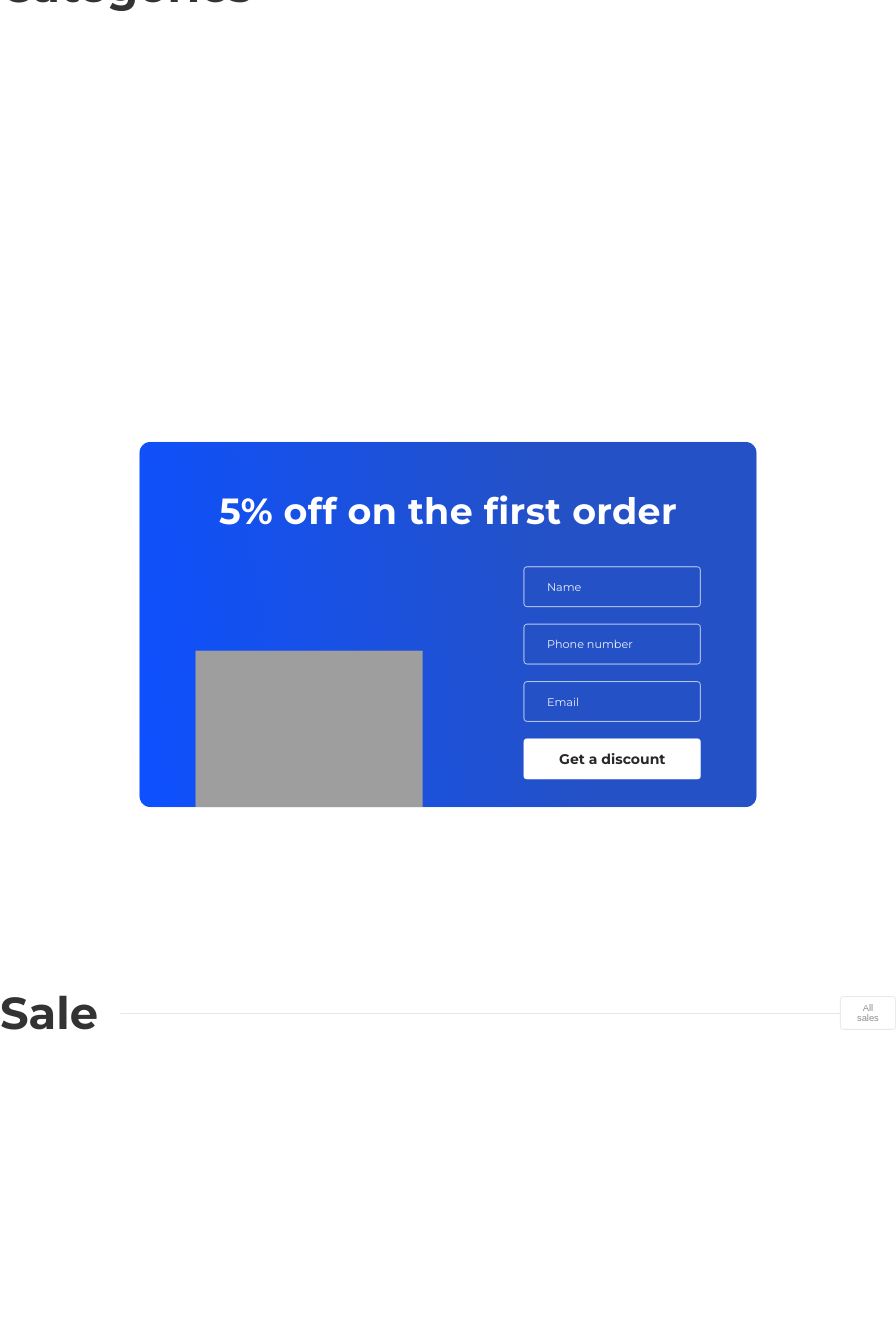
Repository: jursylian/PET-INTERNET-SHOP-PROJECT
Page: /
These files come from the project's save history. The page is drawn as it stood at one moment and after the next save; the edit follows.
The browser window is 1280 px wide. The pictures show the part of the page from y = 903 to 2823 px (the page is 3846 px tall), at 70% of full size.
Pictures or frames that could not be fetched are drawn as grey boxes. The page's requests for data from a server got no answer. The project was rebuilt for these pictures with package versions that can differ from the ones it lists, and the page was loaded fresh each time. No one was signed in, and anything a server would have sent is missing. Also part of the build but not shown: vite.config.js, src/pages/CategoriesAll/CategoriesAll.module.css, src/layouts/PageSection/PageSection.module.css, src/layouts/PageSection/PageSection.jsx, src/pages/CategoriesAll/CategoriesAll.jsx, src/redux/productsSelectors.js, src/components/ProductFilter/ProductFilter.module.css, src/components/ProductFilter/ProductFilter.jsx and 22 more.

Above is the page before, as saved 2025-11-06 18:11:28.

### index.html
<!DOCTYPE html>
<html lang="en">
  <head>
    <meta charset="UTF-8" />
    <link rel="icon" type="image/svg+xml" href="/vite.svg" />
    <link
      href="https://fonts.googleapis.com/css2?family=Montserrat:wght@400;500;700&display=swap"
      rel="stylesheet"
    />

    <meta name="viewport" content="width=device-width, initial-scale=1.0" />
    <title>pet-internet-shop-project</title>
  </head>
  <body>
    <div id="root"></div>
    <script type="module" src="/src/main.jsx"></script>
  </body>
</html>

### src/main.jsx
import React from "react";
import ReactDOM from "react-dom/client";
import App from "./App";
import { Provider } from "react-redux";
import store from "./redux/store";
import { BrowserRouter } from "react-router-dom";
import "./index.css";

ReactDOM.createRoot(document.getElementById("root")).render(
  <BrowserRouter>
    <Provider store={store}>
      <App />
    </Provider>
  </BrowserRouter>
);

### src/App.jsx
import "./App.css";
import AppRouter from "./router/AppRouter";

function App() {
  return (
    <>
      <AppRouter />
    </>
  );
}

export default App;

### src/index.css
* {
  margin: 0;
  padding: 0;
  box-sizing: border-box;
}

body {
  font-family: "Montserrat";
  font-size: 16px;
  line-height: 1.5;
  color: #333;
}

.text-decoration-none {
  text-decoration: none;
}

### src/router/AppRouter.jsx
import { Routes, Route } from "react-router-dom";
import MainLayout from "../layouts/MainLayout/MainLayout";

import Home from "../pages/Home/Home";
import CategoriesAll from "../pages/CategoriesAll/CategoriesAll";
import AllProducts from "../pages/AllProducts/AllProducts";
import ProductDescription from "../pages/ProductDescription/ProductDescription";
import Cart from "../pages/Cart/Cart";
import NotFound from "../pages/NotFound/NotFound";
import AllSales from "../pages/AllSales/AllSales";
import CategoryPage from "../pages/CategoryPage/CategoryPage";

function AppRouter() {
  return (
    <Routes>
      <Route element={<MainLayout />}>
        <Route path="/" element={<Home />} />
        <Route path="/categories" element={<CategoriesAll />} />
        <Route path="/categories/:categoryId" element={<CategoryPage />} />
        <Route path="/discounts" element={<AllSales />} />
        <Route path="/products" element={<AllProducts />} />
        <Route path="/product/:productId" element={<ProductDescription />} />
        <Route path="/cart" element={<Cart />} />
        <Route path="*" element={<NotFound />} />
      </Route>
    </Routes>
  );
}

export default AppRouter;

### src/layouts/MainLayout/MainLayout.jsx
import { Outlet } from "react-router-dom";
import Header from "../Header/Header";
import Footer from "../Footer/Footer";

export default function MainLayout() {
  return (
    <>
      <Header />
      <main className="container mx-auto p-4 min-h-[80vh]">
        <Outlet />
      </main>
      <Footer />
    </>
  );
}

### src/pages/Home/Home.jsx
import Categories from "../../components/Categories/Categories";
import PromoBanner from "../../components/PromoBanner/PromoBanner";
import DiscountForm from "../../components/DiscountForm/DiscountForm";
import Sales from "../../components/Sales/Sales";
import styles from "./Home.module.css";

function Home() {
  return (
    <main className={styles.wrapper}>
      <PromoBanner />
      <Categories />
      <DiscountForm />
      <Sales />
    </main>
  );
}

export default Home;

### src/layouts/Header/Header.jsx
import { Link, NavLink, useLocation } from "react-router-dom";
import { useSelector } from "react-redux";
import styles from "./Header.module.css";
import logo from "../../assets/logo.svg";
import cartIcon from "../../assets/cart-icon.svg";

function Header() {
  const items = useSelector((state) => state.cart.items);
  const totalQuantity = items.reduce((sum, item) => sum + item.quantity, 0);
  const location = useLocation();

  const currentPath = location.pathname;

  return (
    <header
      className={`${styles.header} ${
        currentPath !== "/" ? styles.withDivider : ""
      }`}
    >
      <div className={styles.left}>
        <Link to="/" className={styles.logo}>
          <img src={logo} alt="Логотип" />
        </Link>
      </div>

      <nav className={styles.nav}>
        {currentPath === "/" ? (
          <span className={styles.inactive}>Main Page</span>
        ) : (
          <NavLink to="/" end>
            Main Page
          </NavLink>
        )}

        {currentPath === "/categories" ? (
          <span className={styles.inactive}>Categories</span>
        ) : (
          <NavLink to="/categories">Categories</NavLink>
        )}

        {currentPath === "/products" ? (
          <span className={styles.inactive}>All Products</span>
        ) : (
          <NavLink to="/products">All Products</NavLink>
        )}

        {currentPath === "/discounts" ? (
          <span className={styles.inactive}>All Sales</span>
        ) : (
          <NavLink to="/discounts">All Sales</NavLink>
        )}
      </nav>

      <div className={styles.right}>
        <Link to="/cart" className={styles.cart}>
          <img src={cartIcon} alt="Корзина" />
          {totalQuantity > 0 && (
            <span className={styles.count}>{totalQuantity}</span>
          )}
        </Link>
      </div>
    </header>
  );
}

export default Header;

### src/layouts/Footer/Footer.jsx
import styles from "./Footer.module.css";
import chatIcon from "../../assets/ic-instagram.svg";
import phoneIcon from "../../assets/ic-whatsapp.svg";

export default function Footer() {
  return (
    <footer className={styles.footer}>
      <h3 className={styles.contact}>Contact</h3>
      <div className={styles.info}>
        <div className={styles.container}>
          <div className={styles.card}>
            <p className={styles.text}>Phone</p>
            <p className={styles.textInfo}>+49 30 915-88492</p>
          </div>
          <div className={styles.icons}>
            <p className={styles.text}>Socials</p>
            <div className={styles.socialsMedien}>
              <img src={chatIcon} alt="Chat" />
              <img src={phoneIcon} alt="Phone" />
            </div>
          </div>
        </div>

        <div className={styles.container}>
          <div className={styles.card}>
            <p className={styles.text}>Address</p>
            <p className={styles.textInfo}>
              Wallstraẞe 9-13, 10179 Berlin, Deutschland
            </p>
          </div>
          <div className={styles.icons}>
            <p className={styles.text}>Working Hours</p>
            <p className={styles.textInfo}>24 hours a day</p>
          </div>
        </div>
      </div>
      <div className={styles.map}>
        <iframe
          className={styles.iframe}
          src="https://www.google.com/maps/embed?pb=!1m18!1m12!1m3!1d3642.428115488763!2d13.40018838277564!3d52.5113162995337!2m3!1f0!2f0!3f0!3m2!1i1024!2i768!4f13.1!3m3!1m2!1s0x47a84e27db4748a5%3A0x1d538c01013c2c7!2sWallstra%C3%9Fe%209-13%2C%2010179%20Berlin!5e0!3m2!1suk!2sde!4v1760550313224!5m2!1suk!2sde"
          width="600"
          height="450"
          style={{ border: 0 }}
          allowFullScreen=""
          loading="lazy"
          referrerPolicy="no-referrer-when-downgrade"
        ></iframe>
      </div>
    </footer>
  );
}

### src/components/Categories/Categories.jsx
import { useNavigate } from "react-router-dom";
import { useEffect, useState } from "react";
import axios from "axios";
import styles from "./Categories.module.css";

const Categories = () => {
  const navigate = useNavigate();
  const [categories, setCategories] = useState([]);

  useEffect(() => {
    const fetchCategories = async () => {
      try {
        const res = await axios.get("http://localhost:3333/categories/all");
        setCategories(res.data.slice(0, 4));
      } catch (err) {
        console.error("Ошибка загрузки категорий:", err);
      }
    };

    fetchCategories();
  }, []);

  return (
    <section className={styles.categories}>
      <div className={styles.header}>
        <h2 className={styles.title}>Categories</h2>
        <div className={styles.line}></div>
        <button
          onClick={() => navigate("/categories")}
          className={styles.showAllBtn}
        >
          All categories
        </button>
      </div>

      <div className={styles.cards}>
        {categories.map(({ id, title, image }) => (
          <div
            key={id}
            className={styles.card}
            onClick={() => navigate(`/categories/${id}`)}
          >
            <img
              src={`http://localhost:3333${image}`}
              alt={title}
              className={styles.image}
            />
            <p className={styles.label}>{title}</p>
          </div>
        ))}
      </div>
    </section>
  );
};

export default Categories;

### src/components/PromoBanner/PromoBanner.jsx
import { Link } from "react-router-dom";
import styles from "./PromoBanner.module.css";
import bannerImage from "../../assets/background.png";

function PromoBanner() {
  return (
    <section className={styles.hero}>
      <img src={bannerImage} alt="Баннер" className={styles.image} />

      <div className={styles.content}>
        <h1>
          Amazing Discounts <br />
          on Pets Products!
        </h1>

        <Link to="/discounts" className={styles.button}>
          Check out
        </Link>
      </div>
    </section>
  );
}

export default PromoBanner;

### src/pages/Home/Home.module.css
/* Home.module.css */
.wrapper {
  display: flex;
  flex-direction: column;
  gap: 80px;
  padding: 40px 0;
}

.section {
  display: flex;
  flex-direction: column;
  gap: 24px;
}

.title {
  font-size: 28px;
  font-weight: 600;
}

.grid {
  display: grid;
  grid-template-columns: repeat(auto-fill, minmax(220px, 1fr));
  gap: 24px;
}

.message {
  font-size: 16px;
  color: #555;
}

### src/layouts/Header/Header.module.css
.header {
  display: flex;
  align-items: center;
  justify-content: space-between;
  padding: 40px 80px;
  height: 128px;
  width: 100%;
  position: relative;
  background-color: #fff;
  z-index: 10;
}

.withDivider {
  border-bottom: 1px solid #e5e5e5;
}

.left,
.right {
  flex: 1;
  display: flex;
  align-items: center;
}

.left {
  justify-content: flex-start;
}

.right {
  justify-content: flex-end;
}

.logo img {
  height: 70px;
  display: block;
  transition: transform 0.3s ease;
}

.logo img:hover {
  transform: scale(1.2);
}

.nav {
  flex: 2;
  display: flex;
  justify-content: center;
  align-items: center;
  gap: 44px;
}

.nav a {
  text-decoration: none;
  color: #282828;
  font-weight: 500;
  font-size: 20px;
  transition: color 0.2s ease;
}

.nav a:hover {
  color: #007bff;
}

.active {
  color: #007bff;
  font-weight: 600;
}

.inactive {
  color: #8b8b8b;
  font-weight: 500;
  font-size: 20px;
  cursor: default;
  text-decoration: none;
  pointer-events: none;
}

.inactive:hover {
  color: #8b8b8b;
}

.cart {
  position: relative;
  display: flex;
  align-items: center;
}

.cart img {
  height: 44px;
}

.count {
  position: absolute;
  top: 0;
  left: -6px;
  background-color: #007bff;
  color: white;
  border-radius: 50%;
  font-size: 12px;
  font-weight: bold;
  width: 22px;
  height: 22px;
  display: flex;
  align-items: center;
  justify-content: center;
}

### src/layouts/Footer/Footer.module.css
.footer {
  width: 100%;
  max-width: 1360px;
  margin: 0 auto;
  padding-bottom: 10px;
}

.contact {
  font-size: 64px;
  margin-bottom: 40px;
}
.card {
  height: auto;
  background-color: #f1f3f4;
  display: flex;
}

.card p,
.icons p {
  margin: 0.5rem 0;
}
.icons {
  width: 100%;
  max-width: 100%;

  height: auto;
  background-color: #f1f3f4;
}
.card,
.icons {
  background-color: #f1f3f4;
  padding: 1rem;
  border-radius: 8px;
  box-shadow: 0 2px 6px rgba(0, 0, 0, 0.05);
  display: flex;
  flex-direction: column;
  justify-content: center;
  gap: 0.5rem;
  transition: transform 0.3s ease, box-shadow 0.3s ease;

  flex: 1;
  min-height: 150px;
  height: 100%;
}
.card:hover,
.icons:hover {
  transform: translateY(-8px) scale(1.02);
  box-shadow: 0 8px 20px rgba(0, 0, 0, 0.1);
}

.container {
  display: grid;
  grid-template-columns: 2fr 1fr;
  gap: 32px;
  margin-bottom: 32px;
}
.icons img {
  width: 32px;
  height: 32px;
  object-fit: contain;
  transition: transform 0.3s ease;
  margin-right: 8px;
}
.text {
  font-family: Montserrat;
  font-weight: 500;
  font-style: Medium;
  font-size: 20px;
  color: #8b8b8b;
}
.textInfo {
  font-family: Montserrat;
  font-weight: 600;
  font-style: SemiBold;
  font-size: 40px;

  letter-spacing: 0%;
}
.socialsMedien {
  display: flex;
  flex-direction: row;
  gap: 16px;
}
.iframe {
  width: 100%;
  max-width: 100%;
  height: 350px;
  border-radius: 8px;
  display: block;
}
@media (max-width: 1024px) {
  .container {
    display: flex;
    flex-direction: column;
    gap: 32px;
  }
  .contact {
    font-size: 44px;
    text-align: center;
  }
  .card,
  .icons {
    width: 100%;
    min-height: 300px;
    height: auto;
  }

  .footer {
    margin-left: 1rem;
    margin-right: 1rem;
  }
  .iframe {
    height: 300px;
  }
}

@media (max-width: 600px) {
  .container {
    display: flex;
    flex-direction: column;
    gap: 32px;
  }
  .contact {
    font-size: 34px;
    margin-bottom: 10px;
    text-align: center;
  }

  .textInfo {
    font-size: 24px;
    text-align: calc();
  }

  .text {
    font-size: 16px;
    text-align: center;
  }
  .socialsMadien {
    justify-content: center;
    flex-wrap: wrap;
  }
  .icons img {
    width: 28px;
    height: 28px;
  }
  .iframe {
    height: 250px;
  }
  .card,
  .icons {
    flex-direction: column;
    align-items: center;
    width: 100%;
  }
}

### src/components/Categories/Categories.module.css
.categories {
  height: auto;
  min-height: 560px;
  border-radius: 10px;
  width: 100%;
  max-width: 1360px;
  margin: 0 auto;
  padding-bottom: 10px;
  margin-top: 106px;
}

.header {
  display: flex;
  align-items: center;
  margin-bottom: 40px;
  gap: 0; /* чтобы элементы были вплотную */
}

.title {
  font-family: Montserrat;
  font-weight: 700;
  font-size: 64px;
  margin-right: 32px;
  white-space: nowrap;
}

.line {
  flex: 1;
  height: 1px;
  background-color: #dddddd;
  margin-right: -1px; /* чтобы линия прямо “врезалась” в кнопку */
}

.showAllBtn {
  border: 1px solid #dddddd;
  border-radius: 5px;
  background-color: white;
  padding: 8px 16px;
  color: #8b8b8b;
  cursor: pointer;
  transition: all 0.3s ease;
  margin-left: 0; /* убираем отступ между линией и кнопкой */
}

.showAllBtn:hover {
  background-color: #7e7b7b;
  color: white;
  transform: translateY(-2px);
  box-shadow: 0 4px 8px rgba(0, 0, 0, 0.1);
}

.showAllBtn:active {
  background-color: #0d50ff;
  transform: scale(0.98);
  box-shadow: inset 0 2px 4px rgba(0, 0, 0, 0.2);
}

.cards {
  display: flex;
  flex-wrap: wrap;
  gap: 32px;
  justify-content: center;
}

.card {
  position: relative;
  text-align: center;
  cursor: pointer;
}

.image {
  width: 316px;
  height: 350px;
  object-fit: cover;
  border-radius: 12px;
  transition: transform 0.3s ease, box-shadow 0.3s ease;
}

.image:hover {
  transform: translateY(-6px) scale(1.1);
  box-shadow: 0 8px 16px rgba(0, 0, 0, 0.1);
}

.label {
  font-weight: 500;
  font-size: 20px;
  color: #282828;
  margin-top: 16px;
  line-height: 130%;
}

@media (max-width: 768px) {
  .header {
    flex-direction: column;
    align-items: center;
    gap: 16px;
  }

  .title {
    font-size: 36px;
    margin-right: 0;
  }

  .line {
    width: 100%;
    margin-right: 0;
  }

  .showAllBtn {
    font-size: 14px;
    padding: 6px 10px;
  }

  .cards {
    flex-direction: column;
    align-items: center;
    gap: 20px;
  }
}

### src/components/PromoBanner/PromoBanner.module.css
.hero {
  position: relative;
  width: 100%;
  height: 520px;
  overflow: hidden;
  margin-top: -40px;
}

.image {
  position: absolute;
  top: 0;
  left: 0;
  width: 100%;
  height: 100%;
  object-fit: cover;
  z-index: 1;
}

.content {
  position: relative;
  z-index: 2;
  color: #fff;
  text-align: left;
  padding-left: 80px;
  transform: translateY(50px);
}

.content h1 {
  font-size: 96px;
  font-weight: 700;
  margin-bottom: 40px;
  line-height: 1.1;
}

.button {
  display: inline-block;
  background: #0d50ff;
  color: #fff;
  font-weight: 600;
  font-size: 20px;
  border: none;
  border-radius: 8px;
  cursor: pointer;
  transition: background-color 0.2s ease, transform 0.2s ease;
  padding: 16px 36px;
  text-decoration: none;
  box-sizing: border-box;
}

.button:hover {
  background-color: #0036cc;
  transform: translateY(-3px);
  box-shadow: 0px 12px 20px rgba(13, 80, 255, 0.4);
}

### src/ui/Input/Input.jsx
import styles from "./Input.module.css";

const Input = ({
  type = "text",
  name,
  placeholder,
  value,
  onChange,
  error,
}) => {
  return (
    <div className={styles.field}>
      <input
        type={type}
        name={name}
        placeholder={placeholder}
        value={value}
        onChange={onChange}
        className={`${styles.input} ${error ? styles.errorBorder : ""}`}
      />
      {error && <p className={styles.error}>{error}</p>}
    </div>
  );
};

export default Input;

### src/ui/Button/Button.jsx
import { useState } from "react";
import styles from "./Button.module.css";

const Button = ({ children, onClick, type = "button", disabled = false }) => {
  const [submitted, setSubmitted] = useState(false);

  const handleClick = async (e) => {
    if (onClick) {
      const result = await onClick(e);

      if (result === true) {
        setSubmitted(true);
        setTimeout(() => setSubmitted(false), 3000);
      }
    }
  };

  return (
    <button
      type={type}
      onClick={handleClick}
      className={`${styles.button} ${submitted ? styles.submitted : ""}`}
      disabled={disabled || submitted}
    >
      {submitted ? "Request submitted" : children}
    </button>
  );
};

export default Button;

### src/components/DiscountForm/DiscountForm.module.css
.wrapper {
  max-width: 1360px;
  margin: 60px auto;
  border-radius: 16px;
  overflow: hidden;
}

.discountSection {
  position: relative;
  background: linear-gradient(261.47deg, #2451c6 32.63%, #0d50ff 98.96%);
  border-radius: 16px;
  padding: 60px 80px 0;
  display: flex;
  flex-direction: column;
  justify-content: space-between;
  min-height: 420px;
  overflow: hidden;
}

.title {
  color: #ffffff;
  font-weight: 800;
  font-size: 52px;
  text-align: center;
  margin-bottom: 40px;
  letter-spacing: 0.5px;
}

.content {
  display: flex;
  justify-content: space-between;
  align-items: flex-end;
  position: relative;
  gap: 40px;
}

.imageWrap {
  flex: 0 0 45%;
  display: flex;
  align-items: flex-end;
  justify-content: flex-start;
}

.animals {
  width: 100%;
  height: auto;
  object-fit: contain;
  transform: translateY(20px);
}

.form {
  flex: 0 0 35%;
  display: flex;
  flex-direction: column;
  gap: 24px;
  align-items: stretch;
  justify-content: flex-end;
  padding-bottom: 40px;
}

@media (max-width: 1024px) {
  .discountSection {
    padding: 40px 24px;
  }

  .title {
    font-size: 42px;
    margin-bottom: 24px;
  }

  .content {
    flex-direction: column;
    align-items: center;
    gap: 32px;
  }

  .form {
    width: 100%;
    max-width: 380px;
    padding-bottom: 20px;
  }

  .imageWrap {
    justify-content: center;
  }

  .animals {
    width: 90%;
    transform: translateY(10px);
  }
}

@media (max-width: 600px) {
  .title {
    font-size: 32px;
  }

  .form {
    gap: 16px;
  }
}

### src/ui/Input/Input.module.css
.field {
  width: 100%;
  display: flex;
  flex-direction: column;
}

.input {
  padding: 16px 32px;
  width: 100%;
  height: 58px;
  border-radius: 5px;
  border: 1px solid #ffffff;
  background-color: #2451c6;
  color: #ffffff;
  font-size: 18px;
  font-family: Montserrat;
}

.input::placeholder {
  color: white;
  opacity: 0.9;
  font-size: 16px;
}

.error {
  font-size: 14px;
  color: #ffcccc;
  margin-top: 4px;
}

.errorBorder {
  border-color: #ff5555;
}

### src/ui/Button/Button.module.css
.button {
  padding: 16px 32px;
  width: 100%;
  height: 58px;
  font-family: Montserrat, sans-serif;
  font-weight: 600;
  font-size: 20px;
  border: none;
  border-radius: 5px;
  cursor: pointer;
  background-color: #fff;
  color: #282828;
  transition: all 0.3s ease;
}

/* при наведении */
.button:hover {
  background-color: #282828;
  color: #fff;
}

/* активное состояние (после отправки) */
.button.submitted {
  background-color: #fff;
  color: #0d50ff;
  border: 2px solid #0d50ff;
  cursor: default;
  transition: all 0.3s ease;
}

/* убираем hover для состояния submitted */
.button.submitted:hover {
  background-color: #fff;
  color: #0d50ff;
}

Loaded but not shown: src/redux/productSlice.js (51 lines, source omitted); src/redux/cartSlice.js (38 lines, source omitted); src/redux/store.js (12 lines, source omitted); src/components/DiscountForm/DiscountForm.jsx (91 lines, source omitted); src/components/Sales/Sales.jsx (89 lines, source omitted); src/components/Sales/Sales.module.css (156 lines, source omitted); src/App.css (no stored copy; drawn as an empty file)

After the next save:
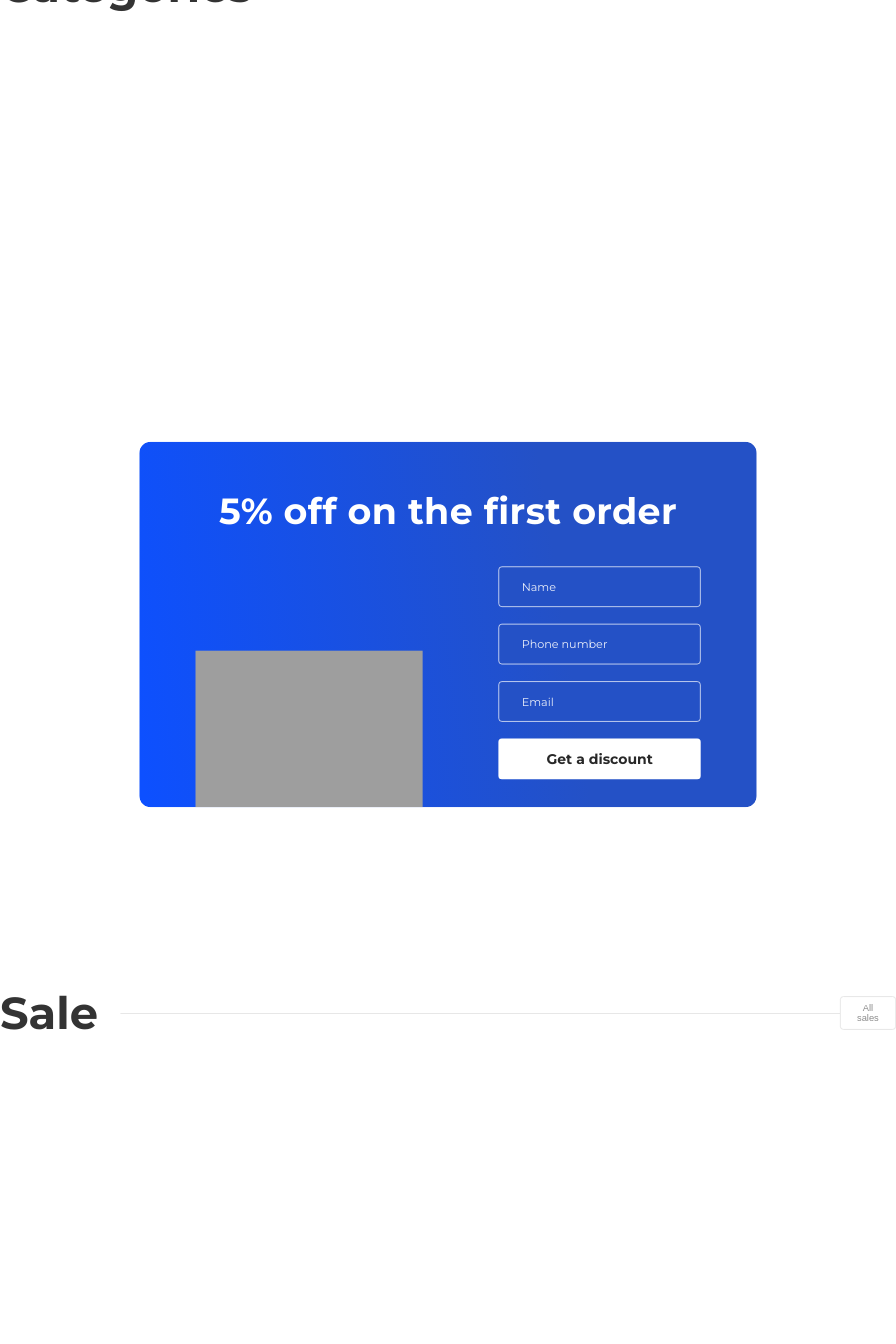
Saved 16 s later.
--- a/src/components/DiscountForm/DiscountForm.module.css
+++ b/src/components/DiscountForm/DiscountForm.module.css
@@ -49,7 +49,7 @@
 }
 
 .form {
-  flex: 0 0 35%;
+  flex: 0 0 40%;
   display: flex;
   flex-direction: column;
   gap: 24px;
